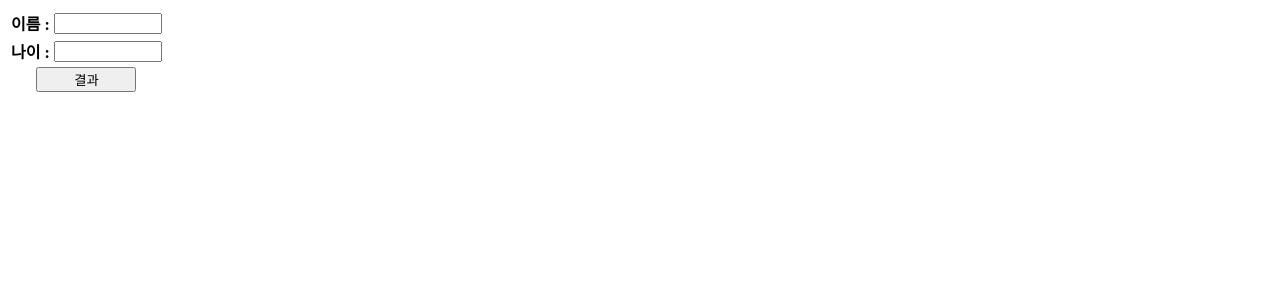
Repository: yhj4130/JsonStudy
Page: http://localhost/JsonApp02/Test03.jsp
The author's editor kept a copy of each file at every save. The page is drawn from the files as they stood at one save, then again after the next save.
The browser window is 1280 px wide. The pictures show the whole page.
The page is served by Tomcat 9.

Above is the page before, as saved 2019-06-03 01:49:02.

### JsonApp02/WebContent/Test03.jsp
<%@ page contentType="text/html; charset=UTF-8"%>
<%
	request.setCharacterEncoding("UTF-8");
%>
<!DOCTYPE html>
<html>
<head>
<meta charset="UTF-8">
<title>Test03.jsp</title>

<!-- json.js 라이브러리 사용 -->
<script type="text/javascript" src="js/json.js"></script>
<script type="text/javascript">

	var xmlHttp;

	function createXMLHttpRequest()
	{
		var xmlReq = false;

		if(window.XMLHttpRequest)
		{
			xmlReq = new XMLHttpRequest();
		}
		else if(window.ActiveXObject)
		{
			try
			{
				xmlReq = new ActiveXObject("Msxml2.XMLHTTP");
			}
			catch(e)
			{
				try
				{
					xmlReq = new ActiveXObject("Microsoft.XMLHTTP");
				}
				catch(e)
				{
					// XMLHttpRequest 객체를 생성할 수 없는 상태.
				}
			}
		}

		return xmlReq;
	}

	function startRequest()
	{
		xmlHttp = createXMLHttpRequest();
		/* xmlHttp.onreadystatechange = handleStateChange(); -- x */
		xmlHttp.onreadystatechange = handleStateChange;

		var queryString = "";
		/* var name = document.getElementById("name").value;
		var age = document.getElementById("age").value; */

		queryString = "Test03_ok.jsp";

		xmlHttp.open("GET", queryString, true);

		xmlHttp.send("");
	}

	function handleStateChange()
	{
		if(xmlHttp.readyState == 4)
		{
			if(xmlHttp.status == 200)
				printData();
		}
	}

	function printData()
	{
		var resValue = xmlHttp.responseText;

		// json.js 라이브러리를 사용하는 경우
		//var func = new Function("return" + resValue);
		//var result = func();

		// json.js 라이브러리를 사용하지 않는 경우 ================================================

		// ※ jsp 로 java 소스가 들어가는 과정에서
		//    웹에서 보여지는 소스에 공백이 삽입되게 되므로 이 공백을 제거해야 한다.
		resValue = resValue.replace(/\s/g, "");		// \s → 공백 , /g → global(전역)

		// ※ javascript 의 eval() 함수를 사용하여 파싱한다.
		var result = eval("(" + resValue + ")");

		// ================================================ json.js 라이브러리를 사용하지 않는 경우

		var output = document.getElementById("results");
		var outHtml = "";
		output.innerHTML = "";

		document.getElementById("results").style.display = "";

		outHtml = "<h3>이름 : " + result.name + "</h3>";		// none 을 지우겠다는 의미
		outHtml += "<h3>나이 : " + result.age + "</h3>";

		output.innerHTML = outHtml;
	}

</script>

</head>
<body>

<div>
	<table>
		<tr>
			<th>이름 : </th>
			<td>
				<input type="text" id="name" maxlength="20" style="width: 100px;">
			</td>
		</tr>
		<tr>
			<th>나이 : </th>
			<td>
				<input type="text" id="age" maxlength="10" style="width: 100px;">
			</td>
		</tr>
		<tr>
			<td colspan="2" align="center">
				<input type="button" value="결과" style="width: 100px" onclick="startRequest()">
			</td>
		</tr>
	</table>

	<br><br>

	<div id="results" style="display: none;"></div>
</div>

</body>
</html>

### JsonApp02/WebContent/js/json.js
/*
    json.js
    2008-05-25

    Public Domain

    No warranty expressed or implied. Use at your own risk.

    This file has been superceded by http://www.JSON.org/json2.js

    See http://www.JSON.org/js.html

    This file adds these methods to JavaScript:

        array.toJSONString(whitelist)
        boolean.toJSONString()
        date.toJSONString()
        number.toJSONString()
        object.toJSONString(whitelist)
        string.toJSONString()
            These methods produce a JSON text from a JavaScript value.
            It must not contain any cyclical references. Illegal values
            will be excluded.

            The default conversion for dates is to an ISO string. You can
            add a toJSONString method to any date object to get a different
            representation.

            The object and array methods can take an optional whitelist
            argument. A whitelist is an array of strings. If it is provided,
            keys in objects not found in the whitelist are excluded.

        string.parseJSON(filter)
            This method parses a JSON text to produce an object or
            array. It can throw a SyntaxError exception.

            The optional filter parameter is a function which can filter and
            transform the results. It receives each of the keys and values, and
            its return value is used instead of the original value. If it
            returns what it received, then structure is not modified. If it
            returns undefined then the member is deleted.

            Example:

            // Parse the text. If a key contains the string 'date' then
            // convert the value to a date.

            myData = text.parseJSON(function (key, value) {
                return key.indexOf('date') >= 0 ? new Date(value) : value;
            });

    This file will break programs with improper for..in loops. See
    http://yuiblog.com/blog/2006/09/26/for-in-intrigue/

    This file creates a global JSON object containing two methods: stringify
    and parse.

        JSON.stringify(value, replacer, space)
            value       any JavaScript value, usually an object or array.

            replacer    an optional parameter that determines how object
                        values are stringified for objects without a toJSON
                        method. It can be a function or an array.

            space       an optional parameter that specifies the indentation
                        of nested structures. If it is omitted, the text will
                        be packed without extra whitespace. If it is a number,
                        it will specify the number of spaces to indent at each
                        level. If it is a string (such as '\t' or '&nbsp;'),
                        it contains the characters used to indent at each level.

            This method produces a JSON text from a JavaScript value.

            When an object value is found, if the object contains a toJSON
            method, its toJSON method will be called and the result will be
            stringified. A toJSON method does not serialize: it returns the
            value represented by the name/value pair that should be serialized,
            or undefined if nothing should be serialized. The toJSON method
            will be passed the key associated with the value, and this will be
            bound to the object holding the key.

            For example, this would serialize Dates as ISO strings.

                Date.prototype.toJSON = function (key) {
                    function f(n) {
                        // Format integers to have at least two digits.
                        return n < 10 ? '0' + n : n;
                    }

                    return this.getUTCFullYear()   + '-' +
                         f(this.getUTCMonth() + 1) + '-' +
                         f(this.getUTCDate())      + 'T' +
                         f(this.getUTCHours())     + ':' +
                         f(this.getUTCMinutes())   + ':' +
                         f(this.getUTCSeconds())   + 'Z';
                };

            You can provide an optional replacer method. It will be passed the
            key and value of each member, with this bound to the containing
            object. The value that is returned from your method will be
            serialized. If your method returns undefined, then the member will
            be excluded from the serialization.

            If the replacer parameter is an array, then it will be used to
            select the members to be serialized. It filters the results such
            that only members with keys listed in the replacer array are
            stringified.

            Values that do not have JSON representations, such as undefined or
            functions, will not be serialized. Such values in objects will be
            dropped; in arrays they will be replaced with null. You can use
            a replacer function to replace those with JSON values.
            JSON.stringify(undefined) returns undefined.

            The optional space parameter produces a stringification of the
            value that is filled with line breaks and indentation to make it
            easier to read.

            If the space parameter is a non-empty string, then that string will
            be used for indentation. If the space parameter is a number, then
            the indentation will be that many spaces.

            Example:

            text = JSON.stringify(['e', {pluribus: 'unum'}]);
            // text is '["e",{"pluribus":"unum"}]'


            text = JSON.stringify(['e', {pluribus: 'unum'}], null, '\t');
            // text is '[\n\t"e",\n\t{\n\t\t"pluribus": "unum"\n\t}\n]'

            text = JSON.stringify([new Date()], function (key, value) {
                return this[key] instanceof Date ?
                    'Date(' + this[key] + ')' : value;
            });
            // text is '["Date(---current time---)"]'


        JSON.parse(text, reviver)
            This method parses a JSON text to produce an object or array.
            It can throw a SyntaxError exception.

            The optional reviver parameter is a function that can filter and
            transform the results. It receives each of the keys and values,
            and its return value is used instead of the original value.
            If it returns what it received, then the structure is not modified.
            If it returns undefined then the member is deleted.

            Example:

            // Parse the text. Values that look like ISO date strings will
            // be converted to Date objects.

            myData = JSON.parse(text, function (key, value) {
                var a;
                if (typeof value === 'string') {
                    a =
/^(\d{4})-(\d{2})-(\d{2})T(\d{2}):(\d{2}):(\d{2}(?:\.\d*)?)Z$/.exec(value);
                    if (a) {
                        return new Date(Date.UTC(+a[1], +a[2] - 1, +a[3], +a[4],
                            +a[5], +a[6]));
                    }
                }
                return value;
            });

            myData = JSON.parse('["Date(09/09/2001)"]', function (key, value) {
                var d;
                if (typeof value === 'string' &&
                        value.slice(0, 5) === 'Date(' &&
                        value.slice(-1) === ')') {
                    d = new Date(value.slice(5, -1));
                    if (d) {
                        return d;
                    }
                }
                return value;
            });


    It is expected that these methods will formally become part of the
    JavaScript Programming Language in the Fourth Edition of the
    ECMAScript standard in 2008.

    This is a reference implementation. You are free to copy, modify, or
    redistribute.

    This code should be minified before deployment.
    See http://javascript.crockford.com/jsmin.html

    USE YOUR OWN COPY. IT IS EXTREMELY UNWISE TO LOAD CODE FROM SERVERS YOU
    DO NOT CONTROL.
*/

/*jslint evil: true */

/*global JSON */

/*members "", "\b", "\t", "\n", "\f", "\r", "\"", JSON, "\\", call,
    charCodeAt, getUTCDate, getUTCFullYear, getUTCHours, getUTCMinutes,
    getUTCMonth, getUTCSeconds, hasOwnProperty, join, lastIndex, length,
    parse, parseJSON, propertyIsEnumerable, prototype, push, replace, slice,
    stringify, test, toJSON, toJSONString, toString
*/

if (!this.JSON) {

// Create a JSON object only if one does not already exist. We create the
// object in a closure to avoid global variables.

    JSON = function () {

        function f(n) {
            // Format integers to have at least two digits.
            return n < 10 ? '0' + n : n;
        }

        Date.prototype.toJSON = function (key) {

            return this.getUTCFullYear()   + '-' +
                 f(this.getUTCMonth() + 1) + '-' +
                 f(this.getUTCDate())      + 'T' +
                 f(this.getUTCHours())     + ':' +
                 f(this.getUTCMinutes())   + ':' +
                 f(this.getUTCSeconds())   + 'Z';
        };

        var cx = /[\u0000\u00ad\u0600-\u0604\u070f\u17b4\u17b5\u200c-\u200f\u2028-\u202f\u2060-\u206f\ufeff\ufff0-\uffff]/g,
            escapeable = /[\\\"\x00-\x1f\x7f-\x9f\u00ad\u0600-\u0604\u070f\u17b4\u17b5\u200c-\u200f\u2028-\u202f\u2060-\u206f\ufeff\ufff0-\uffff]/g,
            gap,
            indent,
            meta = {    // table of character substitutions
                '\b': '\\b',
                '\t': '\\t',
                '\n': '\\n',
                '\f': '\\f',
                '\r': '\\r',
                '"' : '\\"',
                '\\': '\\\\'
            },
            rep;


        function quote(string) {

// If the string contains no control characters, no quote characters, and no
// backslash characters, then we can safely slap some quotes around it.
// Otherwise we must also replace the offending characters with safe escape
// sequences.

            escapeable.lastIndex = 0;
            return escapeable.test(string) ?
                '"' + string.replace(escapeable, function (a) {
                    var c = meta[a];
                    if (typeof c === 'string') {
                        return c;
                    }
                    return '\\u' + ('0000' +
                            (+(a.charCodeAt(0))).toString(16)).slice(-4);
                }) + '"' :
                '"' + string + '"';
        }


        function str(key, holder) {

// Produce a string from holder[key].

            var i,          // The loop counter.
                k,          // The member key.
                v,          // The member value.
                length,
                mind = gap,
                partial,
                value = holder[key];

// If the value has a toJSON method, call it to obtain a replacement value.

            if (value && typeof value === 'object' &&
                    typeof value.toJSON === 'function') {
                value = value.toJSON(key);
            }

// If we were called with a replacer function, then call the replacer to
// obtain a replacement value.

            if (typeof rep === 'function') {
                value = rep.call(holder, key, value);
            }

// What happens next depends on the value's type.

            switch (typeof value) {
            case 'string':
                return quote(value);

            case 'number':

// JSON numbers must be finite. Encode non-finite numbers as null.

                return isFinite(value) ? String(value) : 'null';

            case 'boolean':
            case 'null':

// If the value is a boolean or null, convert it to a string. Note:
// typeof null does not produce 'null'. The case is included here in
// the remote chance that this gets fixed someday.

                return String(value);

// If the type is 'object', we might be dealing with an object or an array or
// null.

            case 'object':

// Due to a specification blunder in ECMAScript, typeof null is 'object',
// so watch out for that case.

                if (!value) {
                    return 'null';
                }

// Make an array to hold the partial results of stringifying this object value.

                gap += indent;
                partial = [];

// If the object has a dontEnum length property, we'll treat it as an array.

                if (typeof value.length === 'number' &&
                        !(value.propertyIsEnumerable('length'))) {

// The object is an array. Stringify every element. Use null as a placeholder
// for non-JSON values.

                    length = value.length;
                    for (i = 0; i < length; i += 1) {
                        partial[i] = str(i, value) || 'null';
                    }

// Join all of the elements together, separated with commas, and wrap them in
// brackets.

                    v = partial.length === 0 ? '[]' :
                        gap ? '[\n' + gap +
                                partial.join(',\n' + gap) + '\n' +
                                    mind + ']' :
                              '[' + partial.join(',') + ']';
                    gap = mind;
                    return v;
                }

// If the replacer is an array, use it to select the members to be stringified.

                if (rep && typeof rep === 'object') {
                    length = rep.length;
                    for (i = 0; i < length; i += 1) {
                        k = rep[i];
                        if (typeof k === 'string') {
                            v = str(k, value, rep);
                            if (v) {
                                partial.push(quote(k) + (gap ? ': ' : ':') + v);
                            }
                        }
                    }
                } else {

// Otherwise, iterate through all of the keys in the object.

                    for (k in value) {
                        if (Object.hasOwnProperty.call(value, k)) {
                            v = str(k, value, rep);
                            if (v) {
                                partial.push(quote(k) + (gap ? ': ' : ':') + v);
                            }
                        }
                    }
                }

// Join all of the member texts together, separated with commas,
// and wrap them in braces.

                v = partial.length === 0 ? '{}' :
                    gap ? '{\n' + gap +
                            partial.join(',\n' + gap) + '\n' +
                            mind + '}' :
                          '{' + partial.join(',') + '}';
                gap = mind;
                return v;
            }
        }


// Return the JSON object containing the stringify and parse methods.

        return {
            stringify: function (value, replacer, space) {

// The stringify method takes a value and an optional replacer, and an optional
// space parameter, and returns a JSON text. The replacer can be a function
// that can replace values, or an array of strings that will select the keys.
// A default replacer method can be provided. Use of the space parameter can
// produce text that is more easily readable.

                var i;
                gap = '';
                indent = '';

// If the space parameter is a number, make an indent string containing that
// many spaces.

                if (typeof space === 'number') {
                    for (i = 0; i < space; i += 1) {
                        indent += ' ';
                    }

// If the space parameter is a string, it will be used as the indent string.

                } else if (typeof space === 'string') {
                    indent = space;
                }

// If there is a replacer, it must be a function or an array.
// Otherwise, throw an error.

                rep = replacer;
                if (replacer && typeof replacer !== 'function' &&
                        (typeof replacer !== 'object' ||
                         typeof replacer.length !== 'number')) {
                    throw new Error('JSON.stringify');
                }

// Make a fake root object containing our value under the key of ''.
// Return the result of stringifying the value.

                return str('', {'': value});
            },


            parse: function (text, reviver) {

// The parse method takes a text and an optional reviver function, and returns
// a JavaScript value if the text is a valid JSON text.

                var j;

                function walk(holder, key) {

// The walk method is used to recursively walk the resulting structure so
// that modifications can be made.

                    var k, v, value = holder[key];
                    if (value && typeof value === 'object') {
                        for (k in value) {
                            if (Object.hasOwnProperty.call(value, k)) {
                                v = walk(value, k);
                                if (v !== undefined) {
                                    value[k] = v;
                                } else {
                                    delete value[k];
                                }
                            }
                        }
                    }
                    return reviver.call(holder, key, value);
                }


// Parsing happens in four stages. In the first stage, we replace certain
// Unicode characters with escape sequences. JavaScript handles many characters
// incorrectly, either silently deleting them, or treating them as line endings.

                cx.lastIndex = 0;
                if (cx.test(text)) {
                    text = text.replace(cx, function (a) {
                        return '\\u' + ('0000' +
                                (+(a.charCodeAt(0))).toString(16)).slice(-4);
                    });
                }

// In the second stage, we run the text against regular expressions that look
// for non-JSON patterns. We are especially concerned with '()' and 'new'
// because they can cause invocation, and '=' because it can cause mutation.
// But just to be safe, we want to reject all unexpected forms.

// We split the second stage into 4 regexp operations in order to work around
// crippling inefficiencies in IE's and Safari's regexp engines. First we
// replace the JSON backslash pairs with '@' (a non-JSON character). Second, we
// replace all simple value tokens with ']' characters. Third, we delete all
// open brackets that follow a colon or comma or that begin the text. Finally,
// we look to see that the remaining characters are only whitespace or ']' or
// ',' or ':' or '{' or '}'. If that is so, then the text is safe for eval.

                if (/^[\],:{}\s]*$/.
test(text.replace(/\\(?:["\\\/bfnrt]|u[0-9a-fA-F]{4})/g, '@').
replace(/"[^"\\\n\r]*"|true|false|null|-?\d+(?:\.\d*)?(?:[eE][+\-]?\d+)?/g, ']').
replace(/(?:^|:|,)(?:\s*\[)+/g, ''))) {

// In the third stage we use the eval function to compile the text into a
// JavaScript structure. The '{' operator is subject to a syntactic ambiguity
// in JavaScript: it can begin a block or an object literal. We wrap the text
// in parens to eliminate the ambiguity.

                    j = eval('(' + text + ')');

// In the optional fourth stage, we recursively walk the new structure, passing
// each name/value pair to a reviver function for possible transformation.

                    return typeof reviver === 'function' ?
                        walk({'': j}, '') : j;
                }

// If the text is not JSON parseable, then a SyntaxError is thrown.

                throw new SyntaxError('JSON.parse');
            }
        };
    }();
}


// Augment the basic prototypes if they have not already been augmented.
// These forms are obsolete. It is recommended that JSON.stringify and
// JSON.parse be used instead.

if (!Object.prototype.toJSONString) {
    Object.prototype.toJSONString = function (filter) {
        return JSON.stringify(this, filter);
    };
    Object.prototype.parseJSON = function (filter) {
        return JSON.parse(this, filter);
    };
}

After the next save:
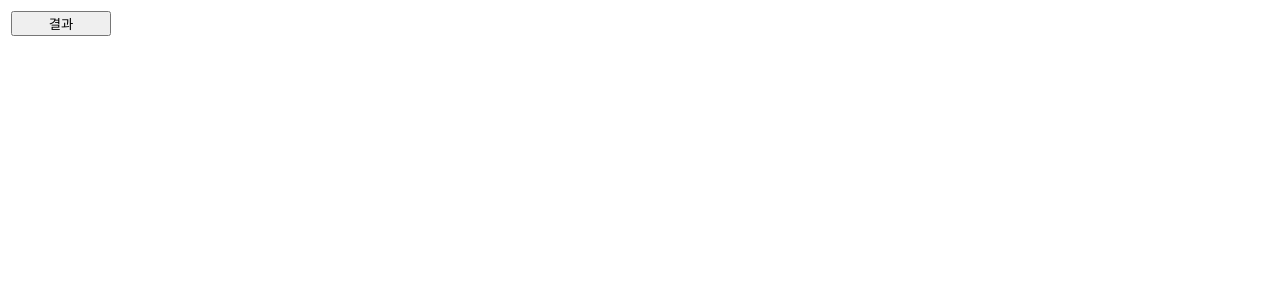
Saved 22 s later.
--- a/JsonApp02/WebContent/Test03.jsp
+++ b/JsonApp02/WebContent/Test03.jsp
@@ -109,18 +109,6 @@
 <div>
 	<table>
 		<tr>
-			<th>이름 : </th>
-			<td>
-				<input type="text" id="name" maxlength="20" style="width: 100px;">
-			</td>
-		</tr>
-		<tr>
-			<th>나이 : </th>
-			<td>
-				<input type="text" id="age" maxlength="10" style="width: 100px;">
-			</td>
-		</tr>
-		<tr>
 			<td colspan="2" align="center">
 				<input type="button" value="결과" style="width: 100px" onclick="startRequest()">
 			</td>
